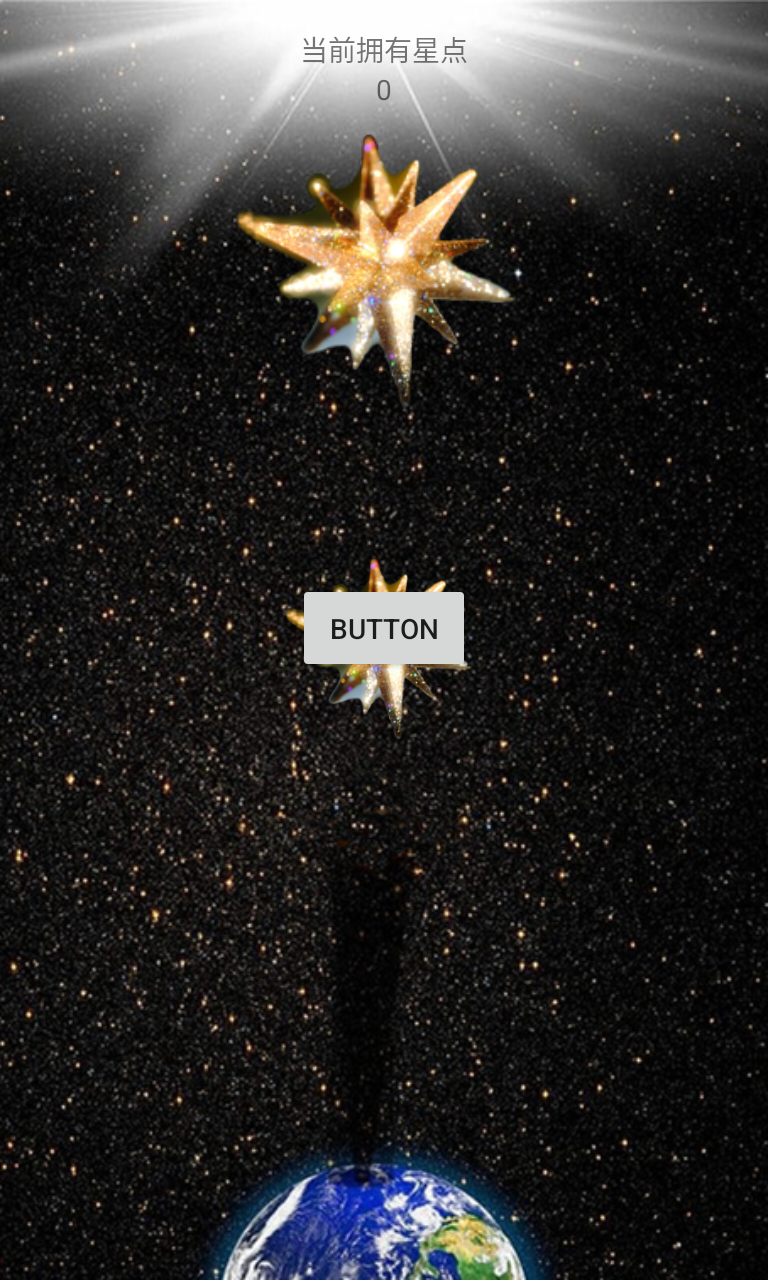
Repository: xianyun2014/StarPoint
Layout: game/res/layout/activity_main.xml
These files come from the project's save history. The layout is drawn as it stood at one moment and after the next save; the edit follows.
It is drawn on a 768 x 1280 px phone screen (xhdpi) without system bars, with theme AppTheme; the app's code is not run.

Above is the layout before, as saved 2014-11-16 14:16:14.

After the next save:
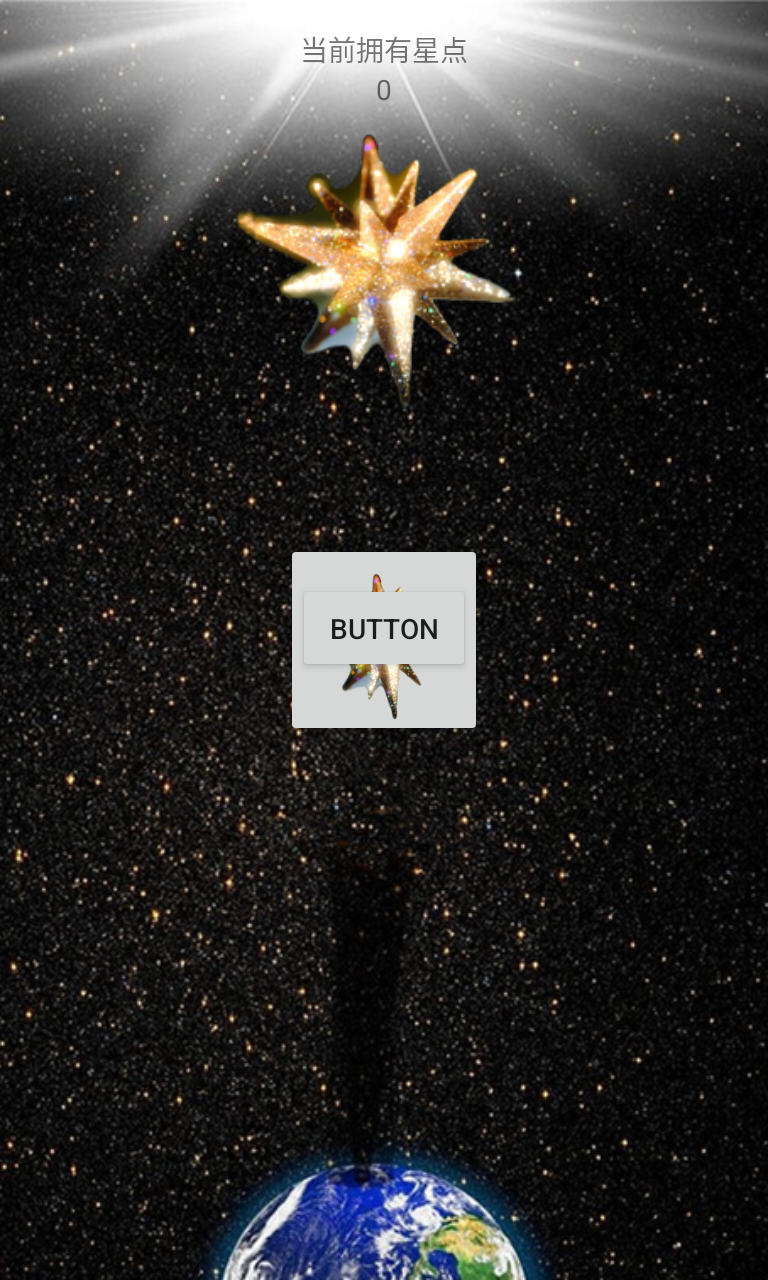
Saved 82 s later.
--- a/game/res/layout/activity_main.xml
+++ b/game/res/layout/activity_main.xml
@@ -54,7 +54,6 @@
         android:layout_height="100dp"
         android:layout_centerHorizontal="true"
         android:layout_centerVertical="true"
-        android:background="transparent"
         android:scaleType="fitXY"
         android:src="@drawable/star" />
 
